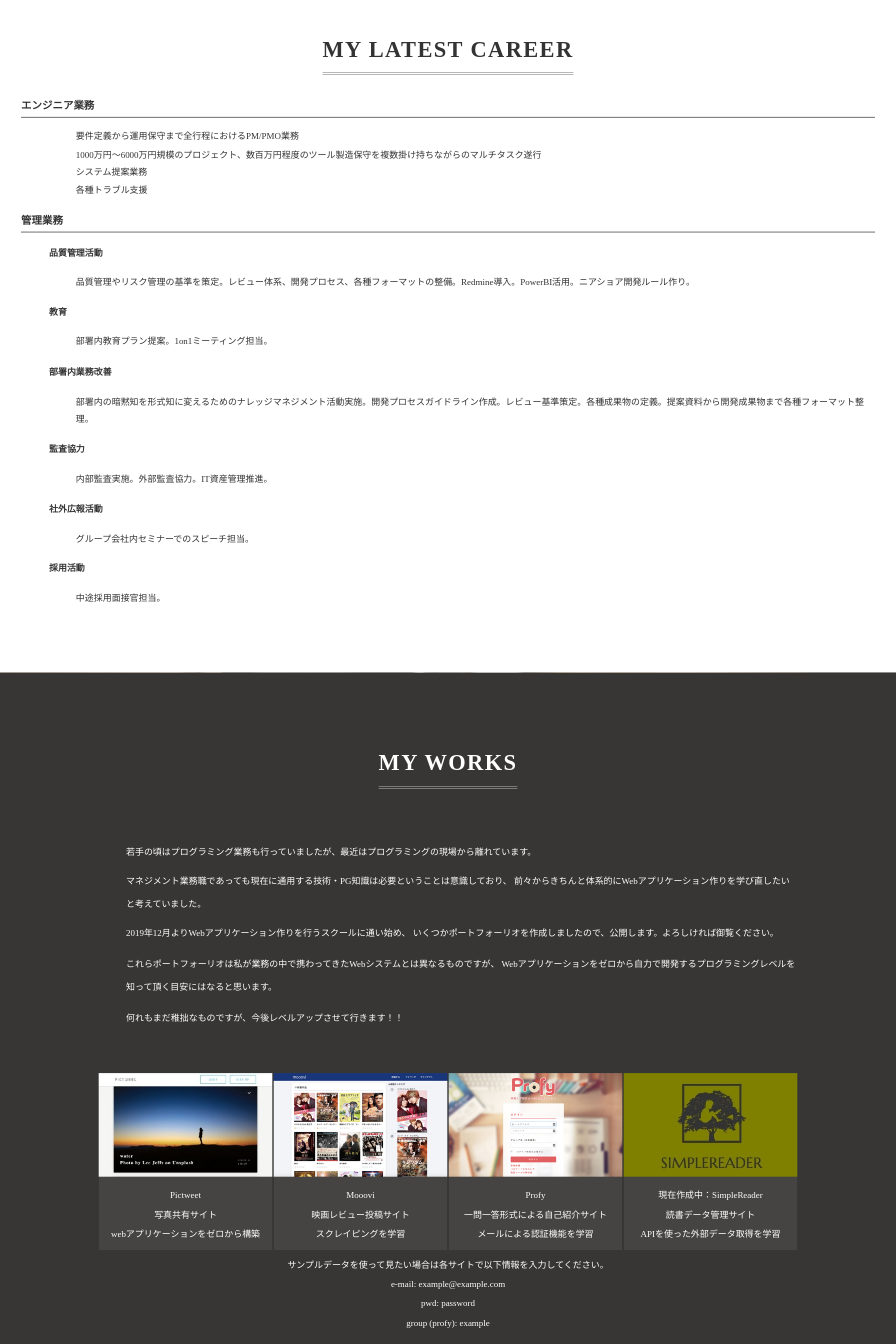
Repository: dackelteckel/myworks
Page: index.html
The author's editor kept a record of every edit. The page is drawn from the files as they stood at one moment, then again after the next edit.
The browser window is 1280 px wide. The pictures show the part of the page from y = 1440 to 3360 px (the page is 3360 px tall before and 3357 px after), at 70% of full size.
Backgrounds fixed to the window are drawn as part of the page.

Above is the page before.

After the next edit:
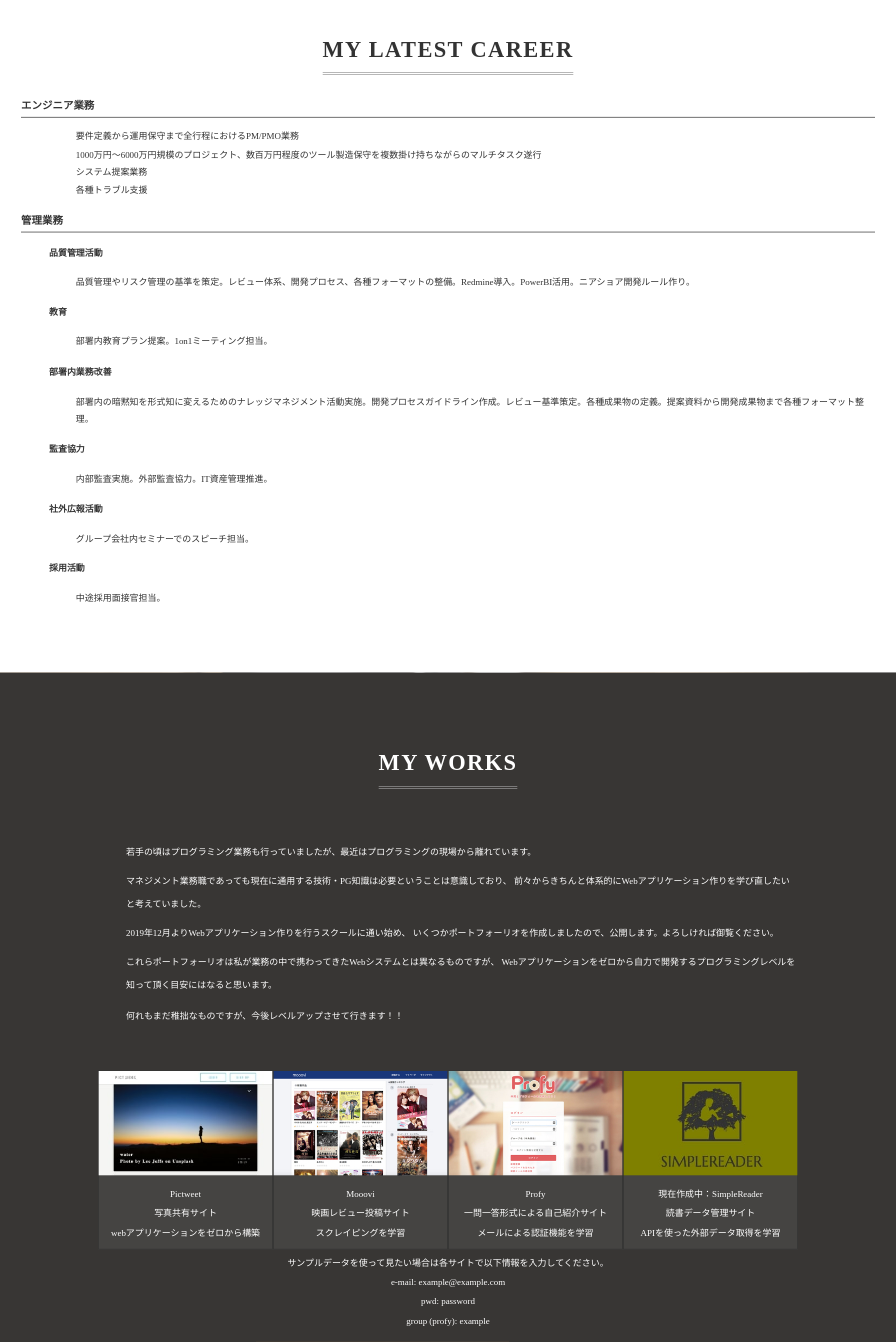
The edit:
--- a/index.html
+++ b/index.html
@@ -148,8 +148,8 @@
         2019年12月よりWebアプリケーション作りを行うスクールに通い始め、
         いくつかポートフォーリオを作成しましたので、公開します。よろしければ御覧ください。
       </li>
-    </ul>
-    <ul>
+    <!--</ul>-->
+    <!--<ul>-->
       <li>
         これらポートフォーリオは私が業務の中で携わってきたWebシステムとは異なるものですが、
         Webアプリケーションをゼロから自力で開発するプログラミングレベルを知って頂く目安にはなると思います。
